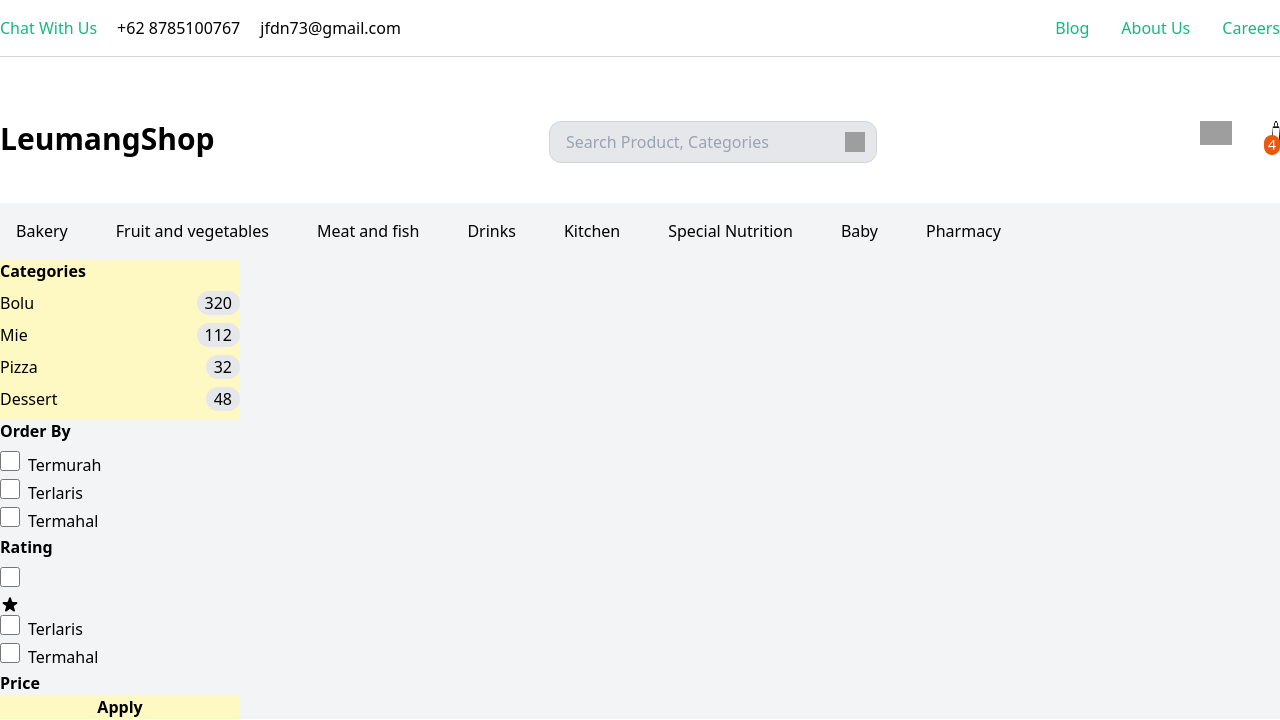
Repository: jafetdn73/ecommerce-tailwind
Page: /
An editor plug-in stored every save of this project. The page is shown before and after the next save, followed by the edit.
The browser window is 1280 px wide. The pictures show the whole page.
Pictures or frames that could not be fetched are drawn as grey boxes. The project was rebuilt for these pictures with package versions that can differ from the ones it lists, and the page was loaded fresh each time. Also part of the build but not shown: src/App.css.

Above is the page before, as saved 2022-03-14 00:03:34.

### src/App.js
import "./App.css";

function App() {
  return (
    <div className="bg-white container mx-auto">
      <div className="flex justify-between py-4 border-b border-gray-300">
        <div className="flex gap-5">
          <a href="http://google.com" className="text-emerald-500">
            Chat With Us
          </a>
          <a href="http://facebook.com">+62 8785100767</a>
          <a href="http://ggogl.com">jfdn73@gmail.com</a>
        </div>

        <div className="">
          <ul className="flex gap-8 text-emerald-500">
            <li>Blog</li>
            <li>About Us</li>
            <li>Careers</li>
          </ul>
        </div>
      </div>

      <div className="flex justify-between mt-16">
        <h1 className="text-3xl font-bold">LeumangShop</h1>
        <div className="flex w-full justify-center items-center">
          <input
            type="text"
            placeholder="Search Product, Categories"
            className="w-1/3 border border-gray-300 bg-gray-200 rounded-xl pl-4 py-2"
          />
          <img src="/images/search-icon.png" alt="search" className="w-5 h-5 -ml-8"/>
        </div>
        <div className="flex gap-10">
          <img src="/images/user-icon.png" alt="user" className="w-8 h-6"/>
          <div className="relative">
            <img src="/images/cart-icon.png" alt="icon" className="w-8 h-6"/>
            <label className="absolute bottom-2 -left-2 bg-orange-600 text-white py-0.25 px-1 rounded-full text-sm">4</label>
          </div>
        </div>
      </div>

      <div className="bg-gray-100 mt-10 py-4 pl-4 text-base font-medium">
        <ul className="flex gap-12">
          <li>Bakery</li>
          <li>Fruit and vegetables</li>
          <li>Meat and fish</li>
          <li>Drinks</li>
          <li>Kitchen</li>
          <li>Special Nutrition</li>
          <li>Baby</li>
          <li>Pharmacy</li>
        </ul>
        </div>

      {/* Container Wrapper */}
      <div className="bg-gray-100">
        {/* Side Bar Container */}
        <div className="flex flex-col w-60 bg-yellow-100" >
          {/* Categories Container */}
          <div className="flex flex-col">
            <h1 className="font-bold text-base mb-2">Categories</h1>
            <ul>
              <div className="flex justify-between">
                <li>Bolu</li><label className="mb-2 bg-gray-200 pl-2 pr-2 rounded-xl">320</label>
              </div>
              <div className="flex justify-between">
                <li>Mie</li><label className="mb-2 bg-gray-200 pl-2 pr-2 rounded-xl">112</label>
              </div>
              <div className="flex justify-between">
                <li>Pizza</li><label className="mb-2 bg-gray-200 pl-2 pr-2 rounded-xl">32</label>
              </div>
              <div className="flex justify-between">
                <li>Dessert</li><label className="mb-2 bg-gray-200 pl-2 pr-2 rounded-xl">48</label>
              </div>
            </ul>
          </div>
          {/* Order By Categories */}
          <div className="bg-gray-100 flex flex-col">
            <h1 className="font-bold mb-2">Order By</h1>
           <div>
             <input type="checkbox" className="accent-lime-700 w-5 h-5 mr-2 mb-2">
               </input>
               <span>Termurah</span>
          </div>
          <div>
            <input type="checkbox"  className="accent-lime-700 w-5 h-5 mr-2 mb-2"></input>
            <span>Terlaris</span>
          </div>
          <div>
            <input type="checkbox"  className="accent-lime-700 w-5 h-5 mr-2 mb-2"></input><label>Termahal</label>
          </div>
          </div>
          {/* Rating Container */}
          <div className="bg-gray-100 flex flex-col">
            <h1 className="font-bold mb-2">Rating</h1>
           <div>
             <input type="checkbox" className="accent-lime-700 w-5 h-5 mr-2 mb-2">
               </input>
               <div><svg xmlns="http://www.w3.org/2000/svg" className="h-5 w-5" viewBox="0 0 20 20" fill="currentColor">
  <path d="M9.049 2.927c.3-.921 1.603-.921 1.902 0l1.07 3.292a1 1 0 00.95.69h3.462c.969 0 1.371 1.24.588 1.81l-2.8 2.034a1 1 0 00-.364 1.118l1.07 3.292c.3.921-.755 1.688-1.54 1.118l-2.8-2.034a1 1 0 00-1.175 0l-2.8 2.034c-.784.57-1.838-.197-1.539-1.118l1.07-3.292a1 1 0 00-.364-1.118L2.98 8.72c-.783-.57-.38-1.81.588-1.81h3.461a1 1 0 00.951-.69l1.07-3.292z" />
</svg></div>
          </div>
          <div>
            <input type="checkbox"  className="accent-lime-700 w-5 h-5 mr-2 mb-2"></input>
            <span>Terlaris</span>
          </div>
          <div>
            <input type="checkbox"  className="accent-lime-700 w-5 h-5 mr-2 mb-2"></input><label>Termahal</label>
          </div>
          </div>
          {/* Price Container */}
          <div className="bg-gray-100">
          <h1 className="font-bold">Price</h1>
          </div>
          <button className="font-bold">Apply</button>
        </div>
        <div className="bg-gray-100">
          <div className="bg-yellow-100">
          </div>
        </div>
      </div>



    </div>
  );
}

export default App;

Loaded but not shown: public/index.html (common file); src/index.js (common file); src/index.css (common file); src/reportWebVitals.js (common file); tailwind.config.js (common file)

After the next save:
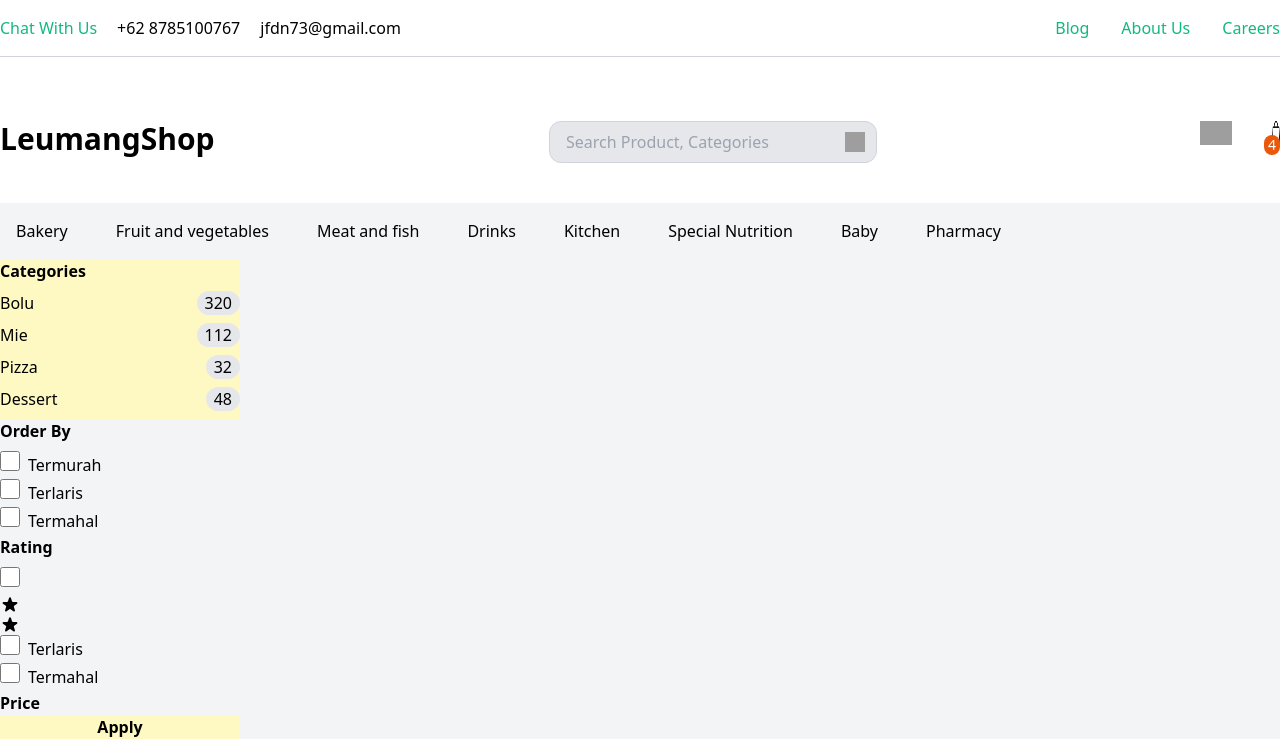
Saved 11 s later.
--- a/src/App.js
+++ b/src/App.js
@@ -99,6 +99,10 @@ function App() {
                </input>
                <div><svg xmlns="http://www.w3.org/2000/svg" className="h-5 w-5" viewBox="0 0 20 20" fill="currentColor">
   <path d="M9.049 2.927c.3-.921 1.603-.921 1.902 0l1.07 3.292a1 1 0 00.95.69h3.462c.969 0 1.371 1.24.588 1.81l-2.8 2.034a1 1 0 00-.364 1.118l1.07 3.292c.3.921-.755 1.688-1.54 1.118l-2.8-2.034a1 1 0 00-1.175 0l-2.8 2.034c-.784.57-1.838-.197-1.539-1.118l1.07-3.292a1 1 0 00-.364-1.118L2.98 8.72c-.783-.57-.38-1.81.588-1.81h3.461a1 1 0 00.951-.69l1.07-3.292z" />
+</svg>
+
+<svg xmlns="http://www.w3.org/2000/svg" className="h-5 w-5" viewBox="0 0 20 20" fill="currentColor">
+  <path d="M9.049 2.927c.3-.921 1.603-.921 1.902 0l1.07 3.292a1 1 0 00.95.69h3.462c.969 0 1.371 1.24.588 1.81l-2.8 2.034a1 1 0 00-.364 1.118l1.07 3.292c.3.921-.755 1.688-1.54 1.118l-2.8-2.034a1 1 0 00-1.175 0l-2.8 2.034c-.784.57-1.838-.197-1.539-1.118l1.07-3.292a1 1 0 00-.364-1.118L2.98 8.72c-.783-.57-.38-1.81.588-1.81h3.461a1 1 0 00.951-.69l1.07-3.292z" />
 </svg></div>
           </div>
           <div>
